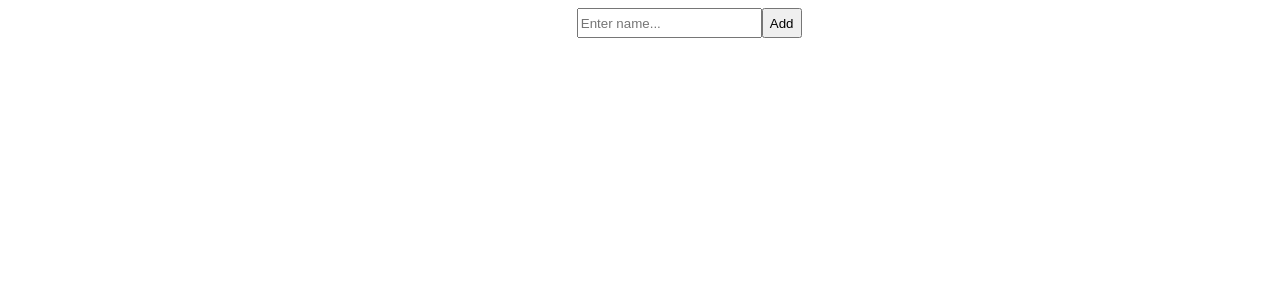
Repository: dohuuxuyen/redux-todolist
Page: /
These files come from the project's save history. The page is drawn as it stood at one moment and after the next save; the edit follows.
The browser window is 1280 px wide. The pictures show the whole page.
The project was rebuilt for these pictures with package versions that can differ from the ones it lists, and the page was loaded fresh each time. Also part of the build but not shown: src/App.css.

Above is the page before, as saved 2022-04-30 14:09:54.

### src/index.js
import React from "react";
import ReactDOM from "react-dom/client";
import { Provider } from "react-redux";
import App from "./App";
import store from "./redux/store";

const root = ReactDOM.createRoot(document.getElementById("root"));
root.render(
  <Provider store={store}>
    <App />
  </Provider>
);

### src/App.js
import "./App.css";
import Todos from "./components/Todos/Todos";

function App() {
  return (
    <div className="App">
      <Todos />
    </div>
  );
}

export default App;

### src/components/Todos/Todos.jsx
import React, { useRef } from "react";
import { useDispatch, useSelector } from "react-redux";
import { addTodos, deleteTodos, setTodoInput } from "../../redux/actions";
import { todoInputSelector, todosSelector } from "../../redux/selector";

const Todos = () => {
  const refTodoInput = useRef();
  const todoInput = useSelector(todoInputSelector);
  const todos = useSelector(todosSelector);
  const dispatch = useDispatch();
  console.log(todos);

  const handleTodoInputChange = (e) => {
    dispatch(setTodoInput(e.target.value));
  };

  const handleAdd = () => {
    dispatch(addTodos(todoInput));
    dispatch(setTodoInput(""));
    refTodoInput.current.focus();
  };
  console.log(todoInput);

  const handleDelete = (index) => {
    dispatch(deleteTodos(index));
  };
  return (
    <div style={{ width: "300px", marginLeft: "45%" }}>
      <input
        style={{ height: "24px" }}
        ref={refTodoInput}
        value={todoInput}
        type="text"
        placeholder="Enter name..."
        onChange={handleTodoInputChange}
      />
      <button style={{ height: "30px" }} onClick={handleAdd}>
        Add
      </button>
      <ul style={{ maxWidth: "300px", paddingLeft: 0 }}>
        {todos.map((todo, index) => (
          <li style={{ display: "flex", marginBottom: "20px" }} key={index}>
            <p
              style={{
                flex: "1",
                margin: "0",
                alignSelf: "center",
              }}
            >
              - {todo}
            </p>
            <button
              style={{ marginLeft: "20px", height: "30px" }}
              onClick={() => handleDelete(index)}
            >
              Edit
            </button>
            <button
              style={{ marginLeft: "20px", height: "30px" }}
              onClick={() => handleDelete(index)}
            >
              Delete
            </button>
          </li>
        ))}
      </ul>
    </div>
  );
};

export default Todos;

### src/redux/reducer.js
import { combineReducers } from "redux";
import todosReducer from "../components/Todos/todosReducer";

const rootReducer = combineReducers({
  todos: todosReducer,
});

export default rootReducer;

### src/redux/actions.js
export const searchFilter = (payload) => {
  return {
    type: "Filter/SEARCH_FILTER",
    payload: payload,
  };
};

export const setTodoInput = (payload) => {
  return {
    type: "Todos/SET_TODO_INPUT",
    payload: payload,
  };
};

export const addTodos = (payload) => {
  return {
    type: "Todos/ADD_TODOS",
    payload: payload,
  };
};

export const deleteTodos = (payload) => {
  return {
    type: "Todos/DELETE_TODOS",
    payload: payload,
  };
};

export const clearTodos = (payload) => {
  return {
    type: "Todos/CLEAR_TODOS",
    payload: payload,
  };
};

export const updateTodos = (payload) => {
  return {
    type: "Todos/UPDATE_TODOS",
    payload: payload,
  };
};

### src/redux/selector.js
export const todoInputSelector = (state) => state.todos.todoInput;
export const todosSelector = (state) => state.todos.todos;

### src/components/Todos/todosReducer.js
const initialState = {
  todoInput: "",
  todos: [],
};

const todosReducer = (state = initialState, action) => {
  switch (action.type) {
    case "Todos/SET_TODO_INPUT":
      return {
        ...state,
        todoInput: action.payload,
      };
    case "Todos/ADD_TODOS":
      return {
        ...state,
        todos: [...state.todos, action.payload],
      };
    case "Todos/DELETE_TODOS":
      return {
        ...state,
        todos: [
          ...state.todos.filter((todo, index) => index !== action.payload),
        ],
      };
    default:
      return state;
  }
};

export default todosReducer;

Loaded but not shown: public/index.html (common file); src/redux/store.js (common file)

After the next save:
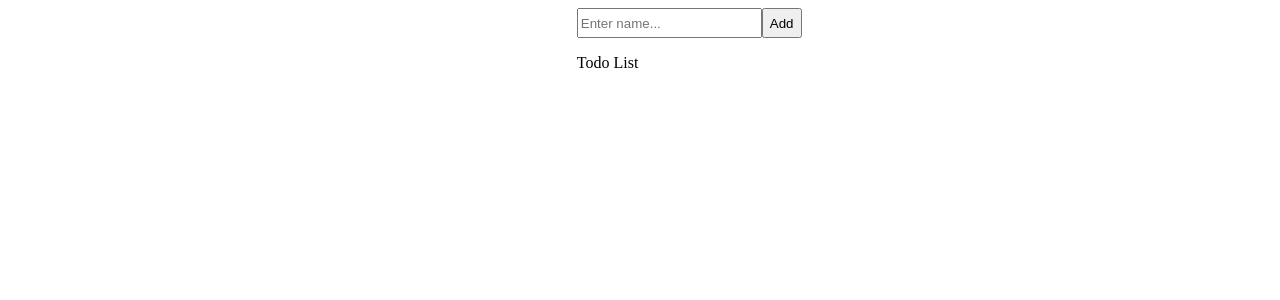
Saved 2 min 3 s later.
--- a/src/components/Todos/Todos.jsx
+++ b/src/components/Todos/Todos.jsx
@@ -37,6 +37,7 @@ const Todos = () => {
       <button style={{ height: "30px" }} onClick={handleAdd}>
         Add
       </button>
+      <p>Todo List</p>
       <ul style={{ maxWidth: "300px", paddingLeft: 0 }}>
         {todos.map((todo, index) => (
           <li style={{ display: "flex", marginBottom: "20px" }} key={index}>
